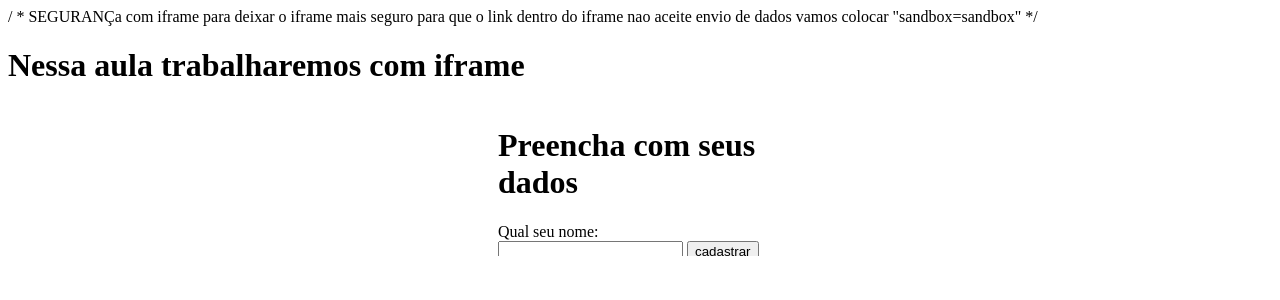
Repository: Lucianorodriguesdev/cursoHTML-CSS
Page: ex024/segurança.html
The author's editor kept a copy of each file at every save. The page is drawn from the files as they stood at one save, then again after the next save.
The browser window is 1280 px wide. The pictures show the whole page.

Above is the page before, as saved 2026-07-01 12:18:18.

After the next save:
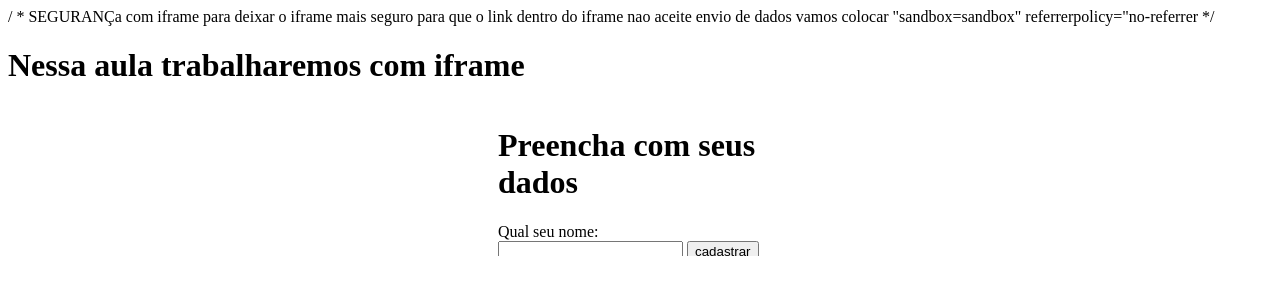
Saved 77 s later.
--- a/ex024/segurança.html
+++ b/ex024/segurança.html
@@ -17,7 +17,7 @@
     SEGURANÇa com iframe
 
     para deixar o iframe mais seguro para que o link dentro do iframe nao aceite envio de dados
-    vamos colocar "sandbox=sandbox"
+    vamos colocar "sandbox=sandbox" referrerpolicy="no-referrer
 
     */
 
